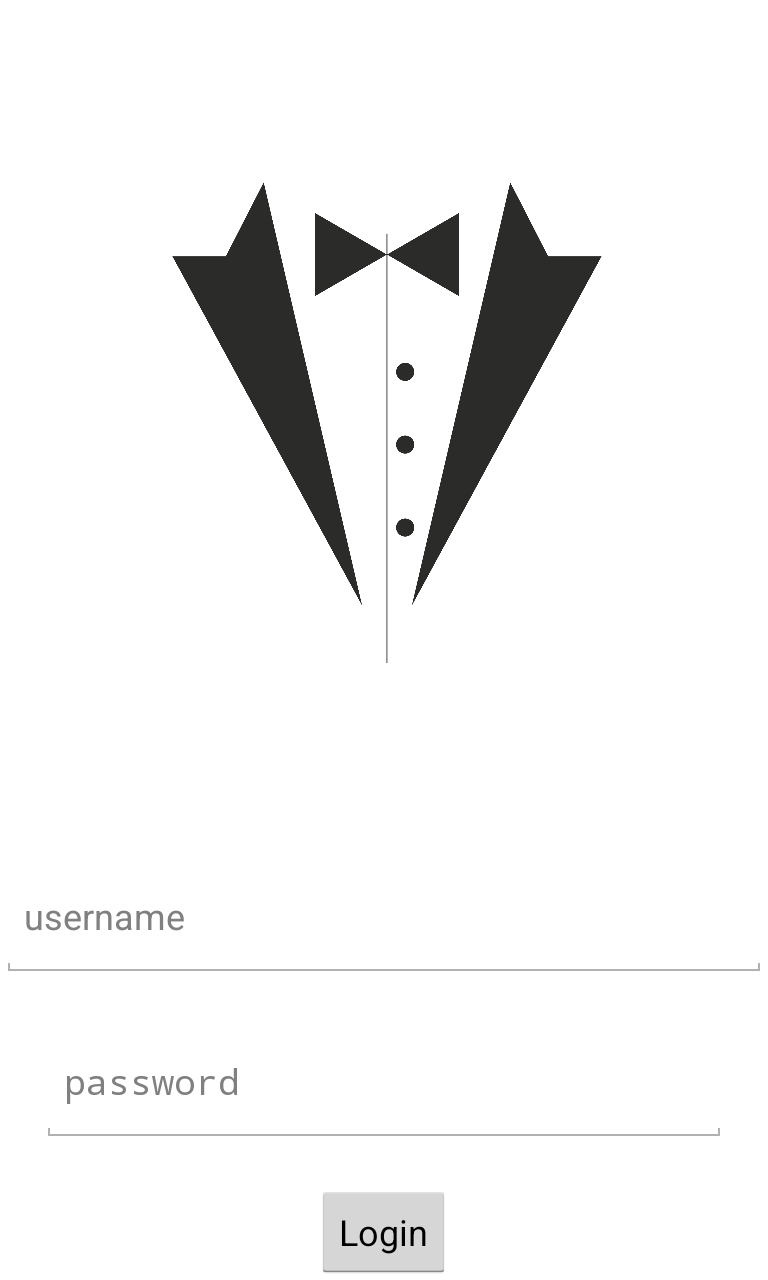
Repository: oszalex/SpryAndroid
Layout: android/Bro/res/layout/activity_main.xml
An editor plug-in stored every save of this project. The layout is shown before and after the next save, followed by the edit.
It is drawn on a 768 x 1280 px phone screen (xhdpi) without system bars, with theme AppTheme; the app's code is not run.

Above is the layout before, as saved 2014-01-21 16:33:10.

### android/Bro/res/layout/activity_main.xml
<LinearLayout xmlns:android="http://schemas.android.com/apk/res/android"
    xmlns:tools="http://schemas.android.com/tools"
    android:layout_width="match_parent"
    android:layout_height="match_parent"
    android:orientation="vertical" >

    <ImageView
        android:id="@+id/logo"
        android:layout_width="256dp"
        android:layout_height="256dp"
        android:layout_gravity="center_horizontal"
        android:layout_weight="3"
        android:contentDescription="@string/logo_description"
        android:src="@drawable/logo" />

    <EditText
        android:id="@+id/edit_username"
        android:layout_width="fill_parent"
        android:layout_height="12sp"
        android:layout_gravity="center_horizontal"
        android:layout_marginTop="20dp"
        android:layout_weight="1"
        android:hint="@string/edit_username" />

    <EditText
        android:id="@+id/edit_password"
        android:layout_width="fill_parent"
        android:layout_height="12sp"
        android:layout_gravity="center_horizontal"
        android:layout_marginLeft="20dp"
        android:layout_marginRight="20dp"
        android:layout_marginTop="20dp"
        android:layout_weight="1"
        android:hint="@string/edit_password"
        android:inputType="textPassword" />

    <Button
        android:layout_width="wrap_content"
        android:layout_height="wrap_content"
        android:layout_gravity="center_horizontal"
        android:layout_marginTop="20dp"
        android:text="@string/button_login" />

</LinearLayout>

### android/Bro/res/values/strings.xml
<?xml version="1.0" encoding="utf-8"?>
<resources>

    <string name="app_name">Bro</string>
    <string name="action_settings">Settings</string>
    <string name="edit_username">username</string>
    <string name="edit_password">password</string>
    <string name="button_login">Login</string>
    <string name="logo_description">Bro-Logo</string>

</resources>

Loaded but not shown: android/Bro/res/values/styles.xml (common file); android/Bro/res/values-v11/styles.xml (common file); android/Bro/res/values-v14/styles.xml (common file)

After the next save:
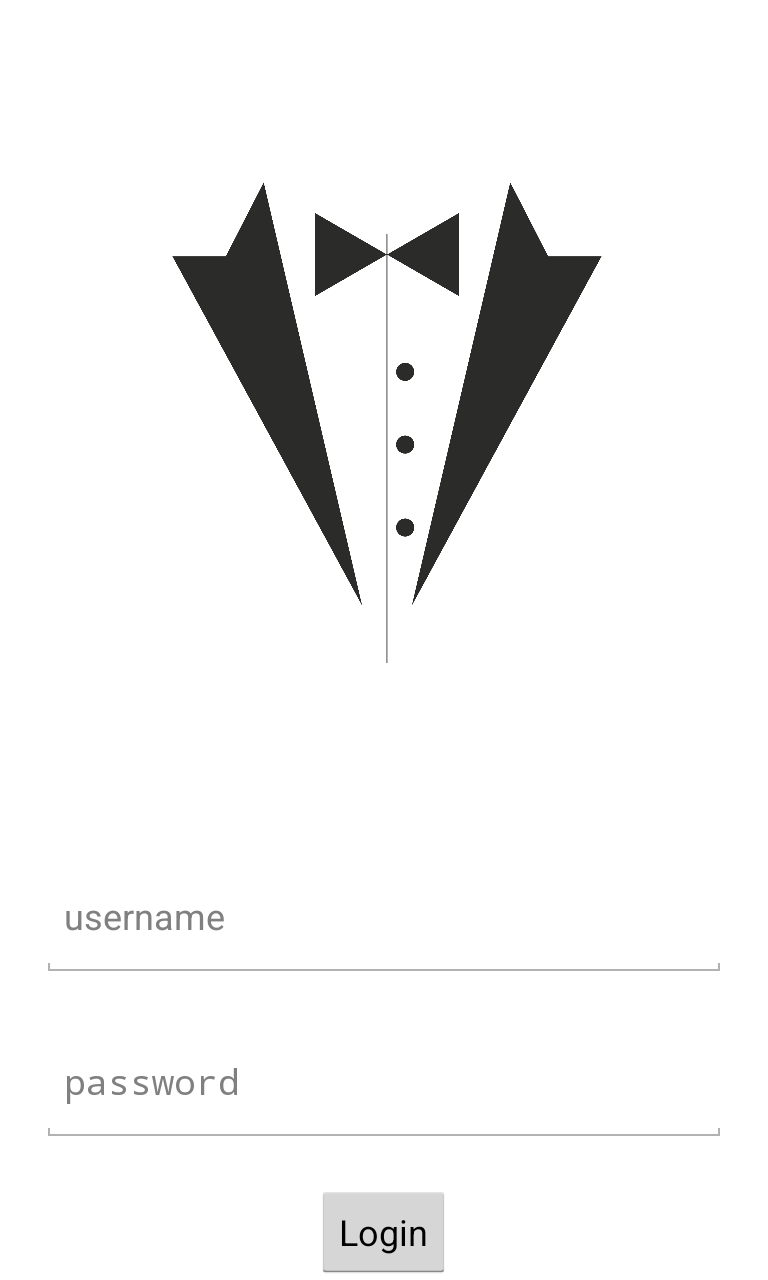
Saved 14 s later.
--- a/android/Bro/res/layout/activity_main.xml
+++ b/android/Bro/res/layout/activity_main.xml
@@ -18,6 +18,8 @@
         android:layout_width="fill_parent"
         android:layout_height="12sp"
         android:layout_gravity="center_horizontal"
+         android:layout_marginLeft="20dp"
+        android:layout_marginRight="20dp"
         android:layout_marginTop="20dp"
         android:layout_weight="1"
         android:hint="@string/edit_username" />
